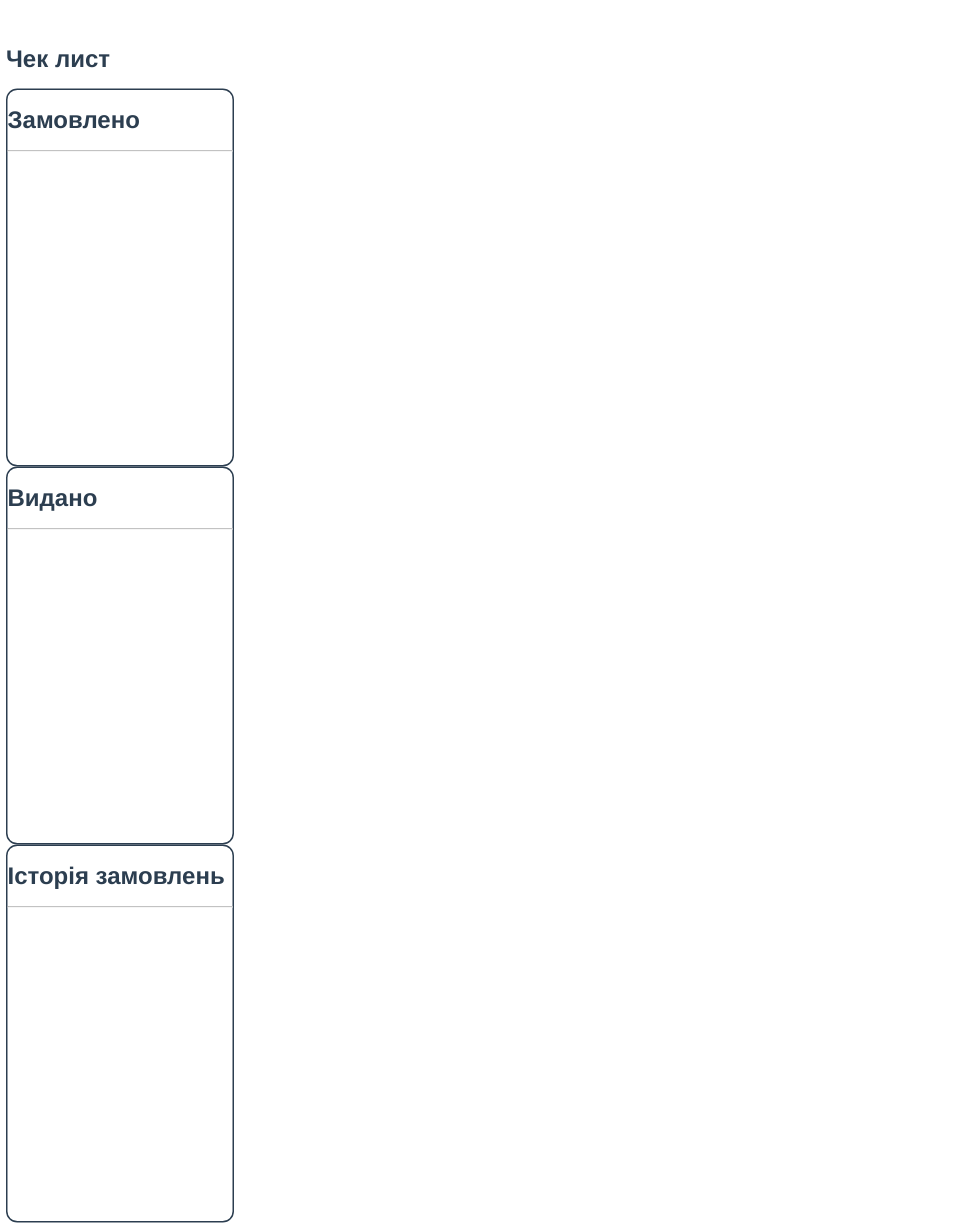
Repository: Salexandraa/HOME_Subotina
Page: / (app in order-list/)
The author's editor kept a copy of each file at every save. The page is drawn from the files as they stood at one save, then again after the next save.
The browser window is 1280 px wide. The pictures show the whole page, at 75% of full size.
The project was rebuilt for these pictures with package versions that can differ from the ones it lists, and the page was loaded fresh each time.

Above is the page before, as saved 2020-10-09 16:55:29.

After the next save:
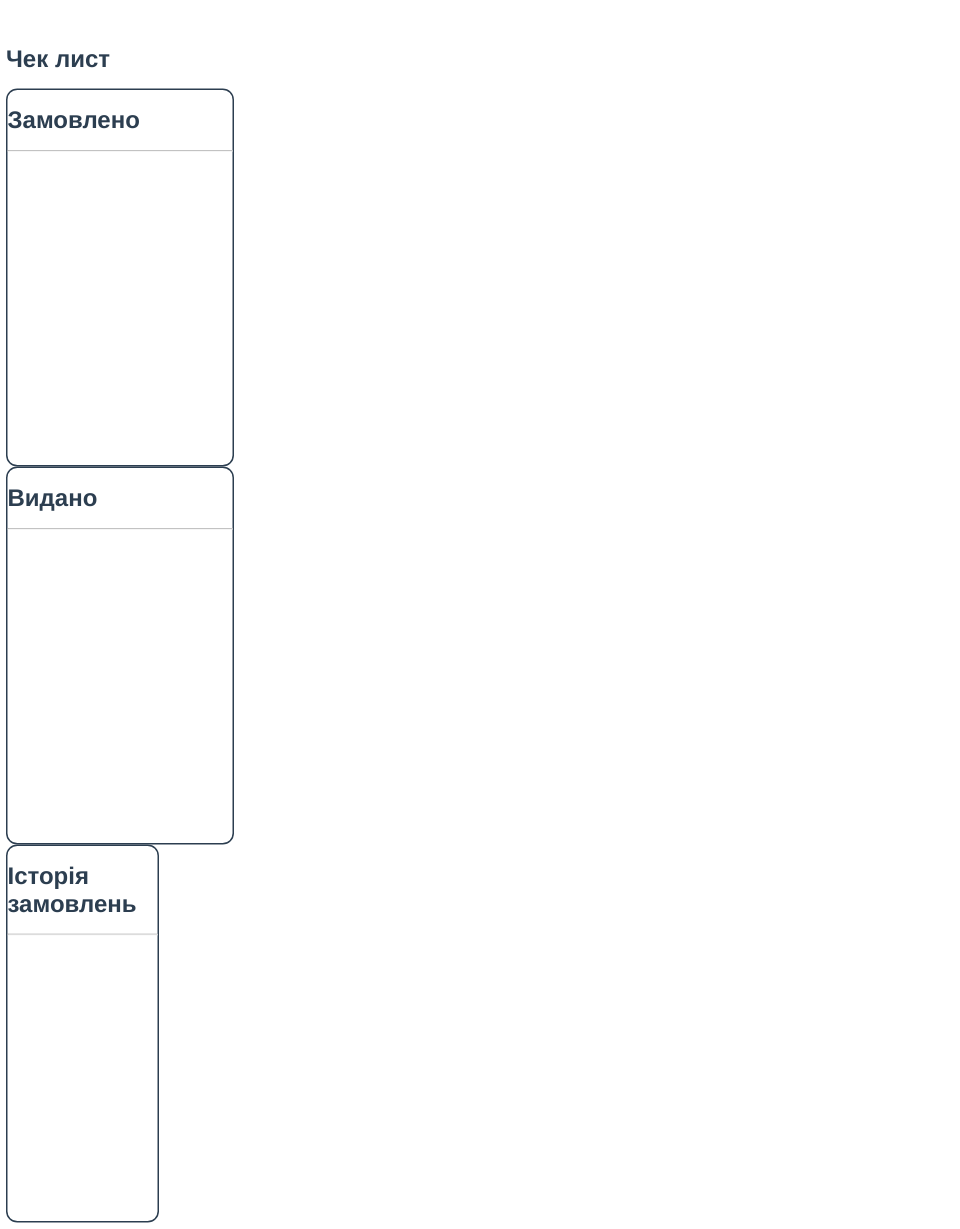
Saved 58 s later.
--- a/order-list/src/components/CheckList/History/index.vue
+++ b/order-list/src/components/CheckList/History/index.vue
@@ -28,7 +28,7 @@
 
 <style lang="css" scoped>
 .container {
-  width: 300px;
+  width: 200px;
   height: 500px;
   border: 2px solid;
   border-radius: 15px;
